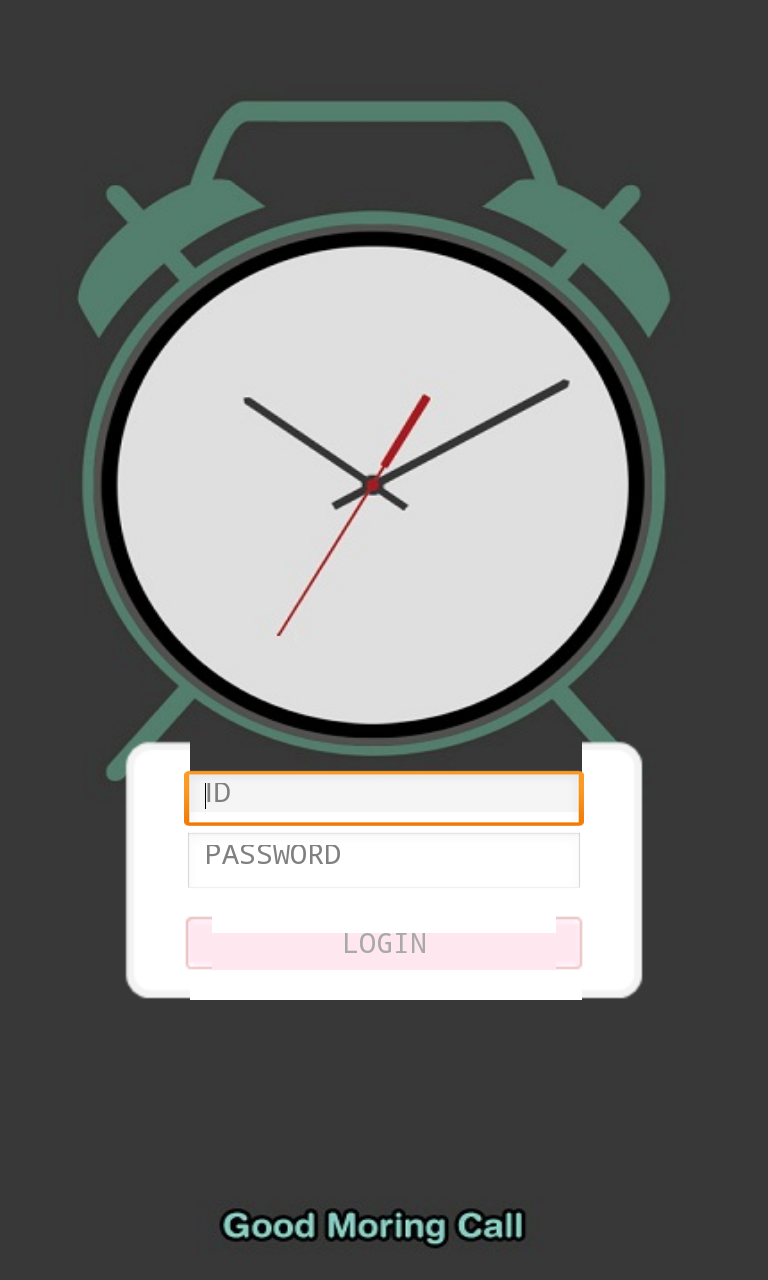
Repository: blacky512/smart_morning_call
Layout: client/SmartMorningCall/res/layout/login_activity.xml
An editor plug-in stored every save of this project. The layout is shown before and after the next save, followed by the edit.
It is drawn on a 768 x 1280 px phone screen (xhdpi) without system bars, with theme android:Theme.NoTitleBar; the app's code is not run.

Above is the layout before, as saved 2013-02-21 21:13:20.

After the next save:
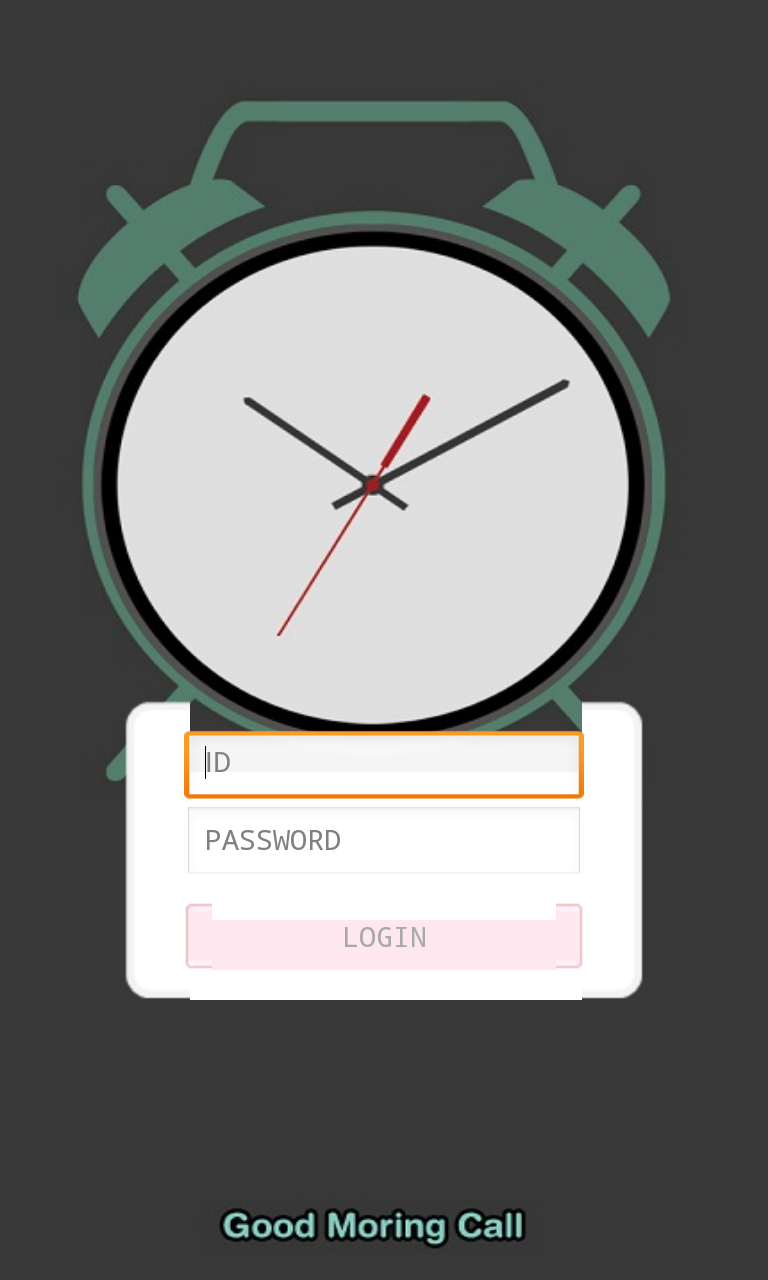
Saved 107 s later.
--- a/client/SmartMorningCall/res/layout/login_activity.xml
+++ b/client/SmartMorningCall/res/layout/login_activity.xml
@@ -40,7 +40,7 @@
                 android:layout_alignParentLeft="true"
                 android:layout_below="@+id/titleFrame"
                 android:layout_gravity="bottom"
-                android:layout_marginTop="150dp"
+                android:layout_marginTop="130dp"
                 android:background="@drawable/te"
                 android:gravity="top"
                 android:orientation="vertical"
